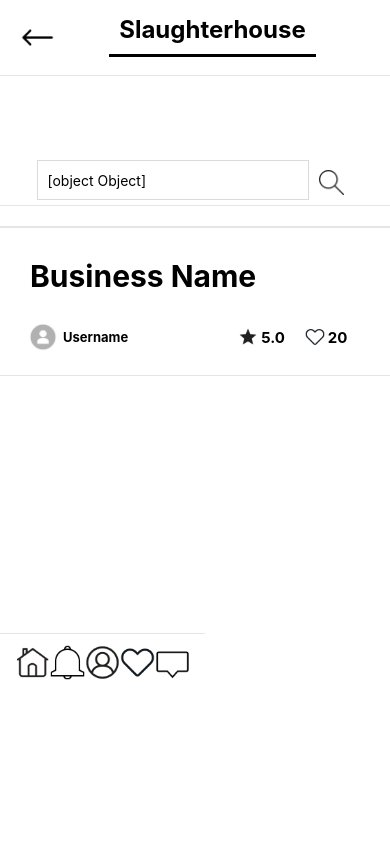
Repository: Evelyn-ZYW/FarmilyFrontEnd
Screen: / (app in react_native_app/MyApp/)
The author's editor kept a copy of each file at every save. The screen is drawn from the files as they stood at one save, then again after a run of saves.
Pictures or frames that could not be fetched are drawn as grey boxes. The app was drawn by React Native's web renderer in a window 390 px wide. The project was rebuilt for these pictures with package versions that can differ from the ones it lists, and the page was loaded fresh each time. Also part of the build but not shown: react_native_app/MyApp/storybook/stories/CenterView/style.js, react_native_app/MyApp/comps/ForumPost/index.js, react_native_app/MyApp/pages/ForumBoard/index.js, react_native_app/MyApp/comps/MsgBox/index.js, react_native_app/MyApp/pages/MessageMain/index.js, react_native_app/MyApp/comps/TradePost/index.js, react_native_app/MyApp/pages/MpBoard/index.js, react_native_app/MyApp/comps/ShListing/index.js and 43 more.

Above is the screen before, as saved 2020-11-15 18:33:10.

### react_native_app/MyApp/App.js
/**
 * Sample React Native App
 * https://github.com/facebook/react-native
 *
 * @format
 * @flow strict-local
 */

import React from 'react';
import { View, StyleSheet, ScrollView } from 'react-native';
import { NativeRouter, Route, Link } from "react-router-native";
import {NavigationContainer} from '@react-navigation/native';
import MapView from 'react-native-maps';

import ForumBoard from './pages/ForumBoard';
import MessageMain from './pages/MessageMain';
import MpBoard from './pages/MpBoard';
import ShMain from './pages/ShMain';
import ShFilter from './pages/ShFilter';
import ShInfo from './pages/ShInfo';
import Main1 from './pages/Main1';
import Main2 from './pages/Main2';
import OneDiscussion from './pages/OneDiscussion';
import Home from './pages/Home';
import Login from './pages/Login';
import SignUp from './pages/SignUp';
import ForgetP from './pages/ForgetP';
import ResetP from './pages/ResetP';
import ShBusiness from './pages/ShBusiness';

// Rauqel's pages
import ComfirmInfo from './pages/ComfirmInfo';
import PopUp from './pages/Popup';
import Profile from './pages/Profile';
import Favorite from './pages/Favorite';
import Notification from './pages/Notification';
import MpDiscussion from './pages/MpDiscussion';
import PostDiscussion from './pages/PostDiscussion';
import AuthNavigator from './AuthNavigation/AuthNavigator';

{/* <View style={styles.container}>
    {/* <ForumBoard /> */}
    {/* <MessageMain /> */}
    {/* <MpBoard /> */}
    // <ShMain />
    // <ShFilter />
    {/* <PopUp /> */}
    {/* <Main1 /> */}
    {/* <Main2 /> */}
    {/* <Profile/> */}
    {/* <Favorite/> */}
    {/* <ComfirmInfo /> */}
    {/* <Notification/> */}
    {/* <OneDiscussion /> */}
        {/* <MpDiscussion /> */}
        {/*<PostDiscussion />*/}
    {/*<Home />*/}
    {/* <Login /> */}
    {/*<SignUp /> */}
    {/*<ForgetP />*/}
    {/* <ResetP /> */}




const App = () => {
  return (
  // <NavigationContainer>
  //   <AuthNavigator/>
  // </NavigationContainer>
  <ShInfo />
  );
};

const styles = StyleSheet.create({
  container: {
    flex: 1,
    //  marginTop:"10%",
    //  marginBottom:"5%",
    //  backgroundColor:"#DADADA",
    //  justifyContent:"center",
    //  alignItems:"center"
  }
})

export default App;
// export { default } from './storybook';

### react_native_app/MyApp/pages/ShInfo/index.js
import React from 'react';
import { View, StyleSheet, ScrollView, Image} from 'react-native';
import MapView from 'react-native-maps';


import Header from '../../comps/Header';
import UserTextInput from '../../comps/Inputs';
import MapCont from '../../comps/MapCont';
import ShBusinessComp from '../../comps/ShBusinessComp';
import Navigation from '../../comps/Navigation';

const styles = StyleSheet.create({
    container: {
        flex: 1
    },
    scroll: {
        maxHeight:"100%",
        width:"100%",
        marginTop: 120
    },
    icon: {
        resizeMode: "contain",
        maxWidth: 25,
        maxHeight: 25,
        margin: 10
    },
    midcont:{
        display: "flex",
        marginTop:40,
        alignItems: 'center'
    },
    continput:{
        width: 200,
        height: 200
    },
    userinput:{
        display: "flex",
        flexDirection: "row",
        justifyContent: "center",
        marginBottom:10,
        borderBottomColor:"#E5E5E5",
        borderBottomWidth:1.5,
        minWidth: "100%",
        minHeight: "15%",
    },
    Navi:{
        position:"absolute",
        top:698
    },
});

const ShInfo = () => {
    return (
        <View style={styles.container}>
            <View>
                <Header
                    text="Slaughterhouse"
                    iconRight={require('../../public/more.png')}
                    iconLeft={require('../../public/back.png')}
                    bottomColor="#00AC64"
                />
            </View>

            <View style={styles.midcont}>
                <ScrollView style={styles.scroll}>
                   <View style={styles.userinput}>
                        <UserTextInput
                        placeholder="Search"
                        />
                        <Image
                            source={require('../../public/search.png')}
                            style={styles.icon}
                        />
                    </View>

                    <MapCont style-={styles.continput} >
                        <MapView
                            initialRegion={{
                            latitude: 37.78825,
                            longitude: -122.4324,
                            latitudeDelta: 0.0922,
                            longitudeDelta: 0.0421,
                            }}
                    />
                    </MapCont>

                    <View>
                        <ShBusinessComp />
                    </View>
                </ScrollView>
            </View>


            <View style={styles.Navi}><Navigation /></View>
        </View>
    );
};

export default ShInfo;

### react_native_app/MyApp/comps/Header/index.js
import React from "react";
import { View, Text, StyleSheet, Image } from "react-native";

const styles = StyleSheet.create({
    headerBox:{
        position: "absolute",
        top: 0,
        borderBottomColor:"#E5E5E5",
        borderBottomWidth:1.5,
        minWidth: "100%",
        minHeight: "15%",
    },
    innerHeadBox:{
        // borderWidth: 1,
        alignItems:"center",
        flexDirection:"row",
        margin:5,
        justifyContent:"space-between",

    },
    innerText:{
        borderBottomWidth:3,
        padding:10,
        marginBottom:13,
        justifyContent:"center",

    },
    headIconL:{
        position:"relative",
        left:15,
        maxHeight:35,
        maxWidth:35,
        resizeMode:"contain"
    },
    headText:{
        fontWeight:"bold",
        fontSize:24,
    },
    headIconR:{
        position:"relative",
        right:15,
        maxHeight:35,
        maxWidth:35,
        resizeMode:"contain"
    },
    logo:{
        resizeMode:"contain",
        maxWidth:300,
    }
});

const Header = ({iconLeft, text, iconRight, bottomColor, logo}) => {
  return (
    <View style={styles.headerBox}>
        <Image source={logo} style={styles.logo} />
        <View style={styles.innerHeadBox}>
            <Image source={iconLeft} style={styles.headIconL}/>
            <View style={styles.innerText} borderBottomColor={bottomColor}>
                <Text style={styles.headText}>{text}</Text>
            </View>
            <Image source={iconRight} style={styles.headIconR}/>
        </View>
    </View>
  );
};

Header.defaultProps = {
    iconLeft:null,
    text: null,
    iconRight:null,
    bottomColor: null,
    logo: null
};

export default Header;

### react_native_app/MyApp/comps/Navigation/index.js
import React from "react";
import { View, Text, StyleSheet, Image } from "react-native";




const styles = StyleSheet.create({
  naviBox: {
    position: "absolute",
    bottom: 10,
    justifyContent: "space-around",
    alignItems: "center",
    flexDirection: "row",
    borderTopWidth: 1.5,
    borderTopColor: "#E5E5E5",
    minWidth: "100%",
    backgroundColor:"white",
    paddingLeft:15,
    paddingRight:15
    // zIndex: 2,

  },
  icons: {
    width: 35,
    marginTop: "2%",
    resizeMode: "contain",

  }
});

const Navigation = ({ }) => {
  return (
    <View style={styles.naviBox}>
      <Image source={require('../../public/home.png')} style={styles.icons} />
      <Image source={require('../../public/notification.png')} style={styles.icons} />
      <Image source={require('../../public/profile.png')} style={styles.icons} />
      <Image source={require('../../public/heart.png')} style={styles.icons} />
      <Image source={require('../../public/chat.png')} style={styles.icons} />
    </View>
  );
};

Navigation.defaultProps = {

};

export default Navigation;

### react_native_app/MyApp/comps/Inputs/index.js
import React, { Component } from "react";
import { TextInput, StyleSheet } from "react-native";

const UserTextInput = ({text, placeholder}) => {
  const [value, onChangeText] = React.useState({text});

  return (

    <TextInput
      style={{
        height: 40,
        width: 272,
        borderColor: "#DADADA",
        borderWidth: 1,
        padding:10
      }}
      onChangeText={(text) => onChangeText(text)}

      value={value}
      placeholder={placeholder}
      placeholderTextColor="#000000"
    />
  );
};
const styles = StyleSheet.create({
  container: {
    backgroundColor:"#797",
    flex:1,
  }
});
UserTextInput.defaultProps = {
  text: "yes",
  placeholder:"placeholder"
};
export default UserTextInput;

### react_native_app/MyApp/comps/MapCont/index.js
import React, { Component } from "react";
import {View, StyleSheet } from "react-native";

const MapCont = ({width, height}) => {

  return (
    <View style={styles.mapCont}
    width={width}
    height={height}
    >
    </View>

  );
};
const styles = StyleSheet.create({
  mapCont: {
    flex:1,
    borderColor:"#E5E5E5",
    borderWidth:1.5,
    marginTop: 10
  }
});

MapCont.defaultProps = {
    width: 360,
    height: 360
};
export default MapCont;

### react_native_app/MyApp/comps/ShBusinessComp/index.js
import React from "react";
import { View, Text, StyleSheet, Image } from "react-native";
import ShHeart from "../ShHeart";
import ShReview from "../ShReview";
import ShUser from "../ShUser";

const styles = StyleSheet.create({
    ShBuisnessCont:{
      paddingTop:30,
      paddingLeft:20,
      paddingRight:30,
      paddingBottom:15,
      borderBottomColor:"#E5E5E5",
      borderBottomWidth: 1.5,
      backgroundColor:"#FFFFFF",
    },
    ShBusinName:{
      fontSize: 30,
      fontWeight:"bold",
      marginLeft:10,
      marginBottom:20
    },
    ShBusinBox:{
      display:"flex",
      flexDirection:"row",
    },
    ShBusinBoxStar:{
      display:"flex",
      flexDirection:"row",
      position: "relative",
      left: "30%"
    },
    ShBusinBoxHeart:{
      display:"flex",
      flexDirection:"row",
      position: "relative",
      left: "30%"
    }

});

const ShBusinessComp = ({NameText}) => {
  return (
    <View style={styles.ShBuisnessCont}>
        <Text style={styles.ShBusinName}>{NameText}</Text>
        <View style={styles.ShBusinBox}>
          <ShUser/>
          <View style={styles.ShBusinBoxStar}><ShReview /></View>
          <View style={styles.ShBusinBoxHeart}><ShHeart /></View>
        </View>
    </View>
  );
};

ShBusinessComp.defaultProps = {
  NameText:"Business Name"
};

export default ShBusinessComp;

### react_native_app/MyApp/comps/ShHeart/index.js
import React from "react";
import { View, Text, StyleSheet, Image } from "react-native";

const styles = StyleSheet.create({
    ShReviewCont:{
        display:"flex",
        flexDirection:"row",
        alignItems:"center",
        marginLeft:20
    },
    Shheart:{
        width:20,
        height:20
    },
    ShFavoriteNumber:{
        fontSize:15,
        fontWeight:"bold",
        marginLeft:3
    }
});

const ShHeart = ({ShFavNum}) => {
  return (
    <View style={styles.ShReviewCont}>
        <Image source={require('./heart.png')} style={styles.Shheart}/>
        <Text style={styles.ShFavoriteNumber}>{ShFavNum}</Text>
    </View>
  );
};

ShHeart.defaultProps = {
    ShFavNum:"20"
};

export default ShHeart;

### react_native_app/MyApp/comps/ShReview/index.js
import React from "react";
import { View, Text, StyleSheet, Image } from "react-native";

const styles = StyleSheet.create({
    ShReviewCont:{
        display:"flex",
        flexDirection:"row",
        alignItems:"center",
    },
    ShStar:{
        width:20,
        height:20
    },
    ShReviewNumber:{
        fontSize:15,
        fontWeight:"bold",
        marginLeft:3
    }
});

const ShReview = ({ShreviewNum}) => {
  return (
    <View style={styles.ShReviewCont}>
        <Image source={require('./star.png')} style={styles.ShStar}/>
        <Text style={styles.ShReviewNumber}>{ShreviewNum}</Text>
    </View>
  );
};

ShReview.defaultProps = {
    ShreviewNum:"5.0"
};

export default ShReview;

### react_native_app/MyApp/comps/ShUser/index.js
import React from "react";
import { View, Text, StyleSheet, Image } from "react-native";

const styles = StyleSheet.create({
    ShUserCont:{
        display:"flex",
        flexDirection:"row",
        alignItems:"center",
        margin:8
    },
    userimg:{
        width:30,
        height:30
    },
    username:{
        fontSize:13,
        fontWeight:"bold",
        textAlign:"center",
        marginLeft:5
    }

});

const ShUser = ({userImg,userName}) => {
  return (
    <View style={styles.ShUserCont}>
        <Image //Will use Expo ImagePicker API here instead, just need guidance for this part...
                source={userImg} style={styles.userimg}/>
        <Text //needs to link with backend
        style={styles.username}>{userName}</Text>

    </View>
  );
};

ShUser.defaultProps = {
  NameText:"Default",
  userImg: require('./user.png'),
  userName:"Username"
};

export default ShUser;

After the next 2 saves:
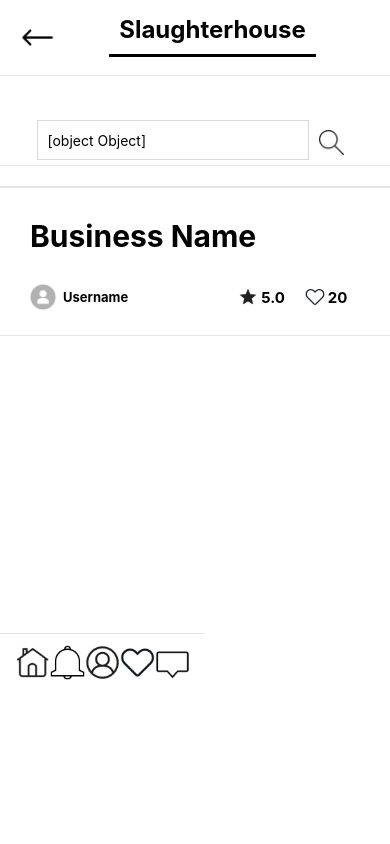
The 2 saves are shown as one change because they came seconds apart.
The last was saved 17 s later.
--- a/react_native_app/MyApp/pages/ShInfo/index.js
+++ b/react_native_app/MyApp/pages/ShInfo/index.js
@@ -16,7 +16,7 @@ const styles = StyleSheet.create({
     scroll: {
         maxHeight:"100%",
         width:"100%",
-        marginTop: 120
+        marginTop: 80
     },
     icon: {
         resizeMode: "contain",
